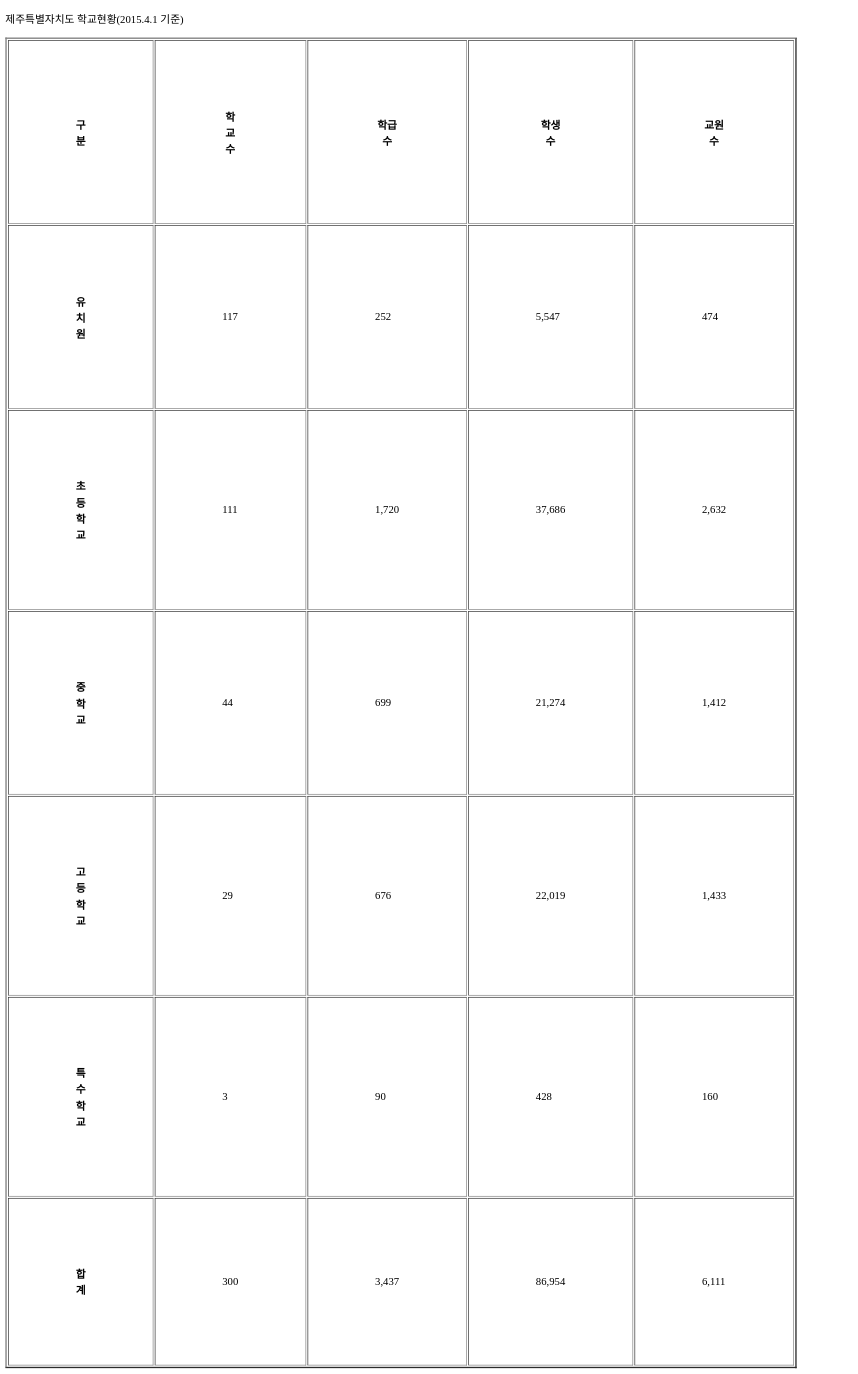
Repository: seulhwangbo/SeulJSP
Page: jspSrc17/webStandard01/src/main/webapp/02/table06.html
These files come from the project's save history. The page is drawn as it stood at one moment and after the next save; the edit follows.
The browser window is 1280 px wide. The pictures show the whole page, at 67% of full size.

Above is the page before, as saved 2024-06-13 06:43:33.

After the next save:
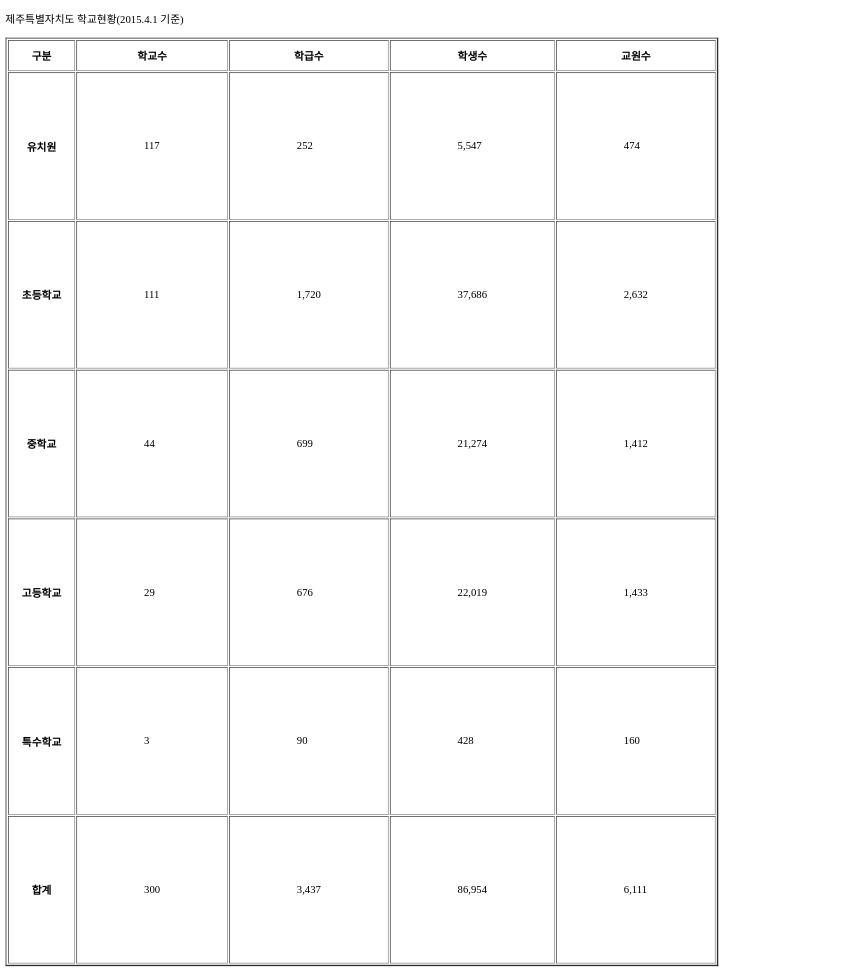
Saved 10 s later.
--- a/jspSrc17/webStandard01/src/main/webapp/02/table06.html
+++ b/jspSrc17/webStandard01/src/main/webapp/02/table06.html
@@ -8,7 +8,7 @@ padding: 100px;
 }
 th{
 text-decoration:  strong;
-padding : 100px;
+padding : 10px;
 
 }
 </style>
